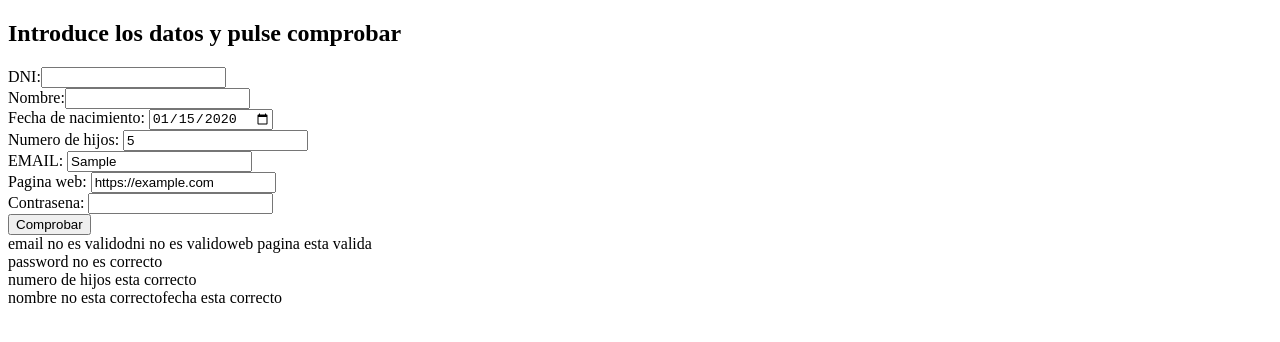
Repository: KoTvTrysaX01/2DAW-Desarrollo-WEB-en-Entorno-Cliente
Page: JAVASCRIPT/UD2/practica5/Actividad1/index.html
An editor plug-in stored every save of this project. The page is shown before and after the next save, followed by the edit.
The browser window is 1280 px wide. The pictures show the whole page.
Empty fields were first filled with sample values (such as "Sample", 5 or name@example.com).
After loading, the first visible `#registartionForm` was submitted once.

Above is the page before, as saved 2025-11-01 16:57:10.

### JAVASCRIPT/UD2/practica5/Actividad1/index.html
<!DOCTYPE html>
<html>
  <body>
    <h2>Introduce los datos y pulse comprobar</h2>
    <form id = "registartionForm" name="form1" method="post" action="" target=" _blank">
        DNI:<input id="dni" type="text" name="dni" ><br>
        Nombre:<input id="nombre" type="text" name="nombre" ><br>
        Fecha de nacimiento: <input id="fecha" type="date" name="fecha" ><br>
        Numero de hijos: <input type="number" name="hijos" id = "hijos" min = "0"><br>
        EMAIL: <input id = "email" type="text" name="email" ><br>
        Pagina web: <input type="url" name="web" id = "pagina" placeholder="http://www.ejemplo.com" required><br>
        Contrasena: <input type="text" name="contrasena" id = "password" ><br>
        <input type="submit" value = "Comprobar">
    </form>


    <div id="errorMessages"></div>
    <script src="script.js"></script>
  </body>
</html>

### JAVASCRIPT/UD2/practica5/Actividad1/script.js
let form = document.getElementById("registartionForm");
let emailInput = document.getElementById("email");
let error = document.getElementById("errorMessages");
let dni = document.getElementById("dni")
let passw = document.getElementById("password")
let web = document.getElementById("pagina")
let hijos = document.getElementById("hijos")
let nombreInput = document.getElementById("nombre")
let fecha = document.getElementById("fecha")
form.addEventListener("submit", (e) => {
  e.preventDefault();
  const emailForm = emailInput.value.trim();
  const password = passw.value.trim()
  function validEmail(emailForm) {
    return /^[a-z]*[@]{1}[a-z]*[\.]{1}[a-z]{2,3}$/g.test(emailForm);

  }
    function esValido(emailForm) {
      if (validEmail(emailForm)) {
        error.innerHTML = "email  e valido";
      } else {
        error.innerHTML = "email no es valido";
      }
    }
    esValido(emailForm);

    function validarDni(dni) {

      return /^[XYZ]?\d{5,8}[TRWAGMYFPDXBNJZSQVHLCKET]$/.test(dni)
    }
    function esValidoDni() {
      const valor = dni.value.trim();
      if (validarDni(valor)) {
        error.innerHTML += "dni es valido"
      } else {
        error.innerHTML += "dni no es valido"
        dni.value = ""
      }
    }
    esValidoDni()

    function validWeb(url) {
          return /^https?:\/\/(?:www\.)?[a-zA-Z0-9\-]+\.[a-zA-Z]{2,}(?:\/.*)?$/.test(url);
        }
    function esValidoWeb() {
      const urlvalid = web.value.trim()
      if(validWeb(urlvalid)) {
        error.innerHTML +="web pagina esta valida<br>"
      } else {
        error.innerHTML += "web pagina no esta valida<br>"
        web.value = " "

      }
    }
    esValidoWeb()

     function validarContrasena(passwor) {
      var p = passwor.length
      if(p <8 && p >10) {
        error.innerHTML += "password es correcto<br>"
      } else {
         error.innerHTML += "password  no es correcto<br>"
         passw.value = ""
      }
     }
     validarContrasena(password)

     function validHijos(hijos) {
      const valorHijos = Number(hijos.value)
      if(isNaN(validHijos) || valorHijos < 0 || validHijos > 10) {
         error.innerHTML += "numero de hijos esta correcto<br>"
      } else {
         error.innerHTML += "numero de hijos no esta correcto<br>"
         hijos.value = ""
      }
     }
     validHijos(hijos)
    const nom = nombreInput.value.trim()
     function validNombre(nombres) {
      return /^[a-zA-ZáéíóúÁÉÍÓÚñÑ]{2,40}( [a-zA-ZáéíóúÁÉÍÓÚñÑ]{2,40}){1,3}$/.test(nombres)
     }
     function isvalidNombre(nombres){
      if(validNombre(nombres)) {
         error.innerHTML += "nombre esta correcto"
      } else {
         error.innerHTML += "nombre no esta correcto"
         nombreInput.value = ""
      }
      }
     isvalidNombre(nom)

     const fechaValor = fecha.value.trim();

     function validFecha(fecha) {
          return /^(19|20)\d{2}-(0[1-9]|1[0-2])-(0[1-9]|[12]\d|3[01])$/.test(fecha)
     }
     function esValidFecha(fecha) {
      if (validFecha(fecha)) {
         error.innerHTML += "fecha esta correcto"
      } else {
         error.innerHTML += "fecha no esta correcto"
         fecha.value= ""
      }
     }
     console.log(fechaValor)

     esValidFecha(fechaValor)


});

After the next save:
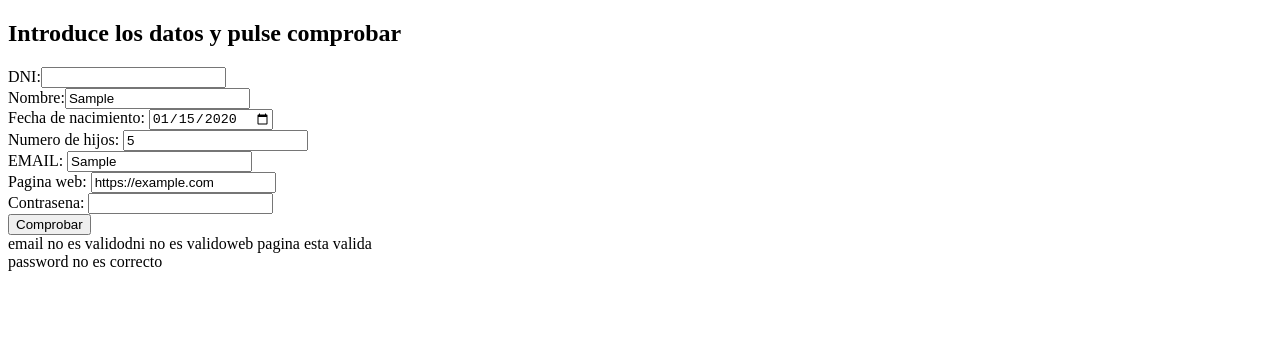
Console error: ReferenceError: hijo is not defined
Saved 23 s later.
--- a/JAVASCRIPT/UD2/practica5/Actividad1/script.js
+++ b/JAVASCRIPT/UD2/practica5/Actividad1/script.js
@@ -74,7 +74,7 @@ form.addEventListener("submit", (e) => {
          hijos.value = ""
       }
      }
-     validHijos(hijos)
+     validHijos(hijo)
     const nom = nombreInput.value.trim()
      function validNombre(nombres) {
       return /^[a-zA-ZáéíóúÁÉÍÓÚñÑ]{2,40}( [a-zA-ZáéíóúÁÉÍÓÚñÑ]{2,40}){1,3}$/.test(nombres)
